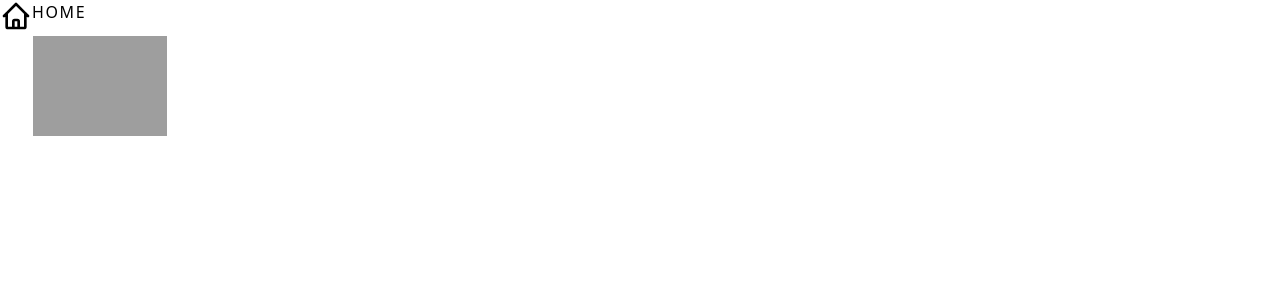
Repository: jafredk/hulu-2
Page: /
An editor plug-in stored every save of this project. The page is shown before and after the next save, followed by the edit.
The browser window is 1280 px wide. The pictures show the whole page.
Pictures or frames that could not be fetched are drawn as grey boxes. The project was rebuilt for these pictures with package versions that can differ from the ones it lists, and the page was loaded fresh each time. The framework's server and built-in components were replaced by stand-ins that run in the browser. Also part of the build but not shown: next.config.js.

Above is the page before, as saved 2021-11-01 13:29:16.

After the next save:
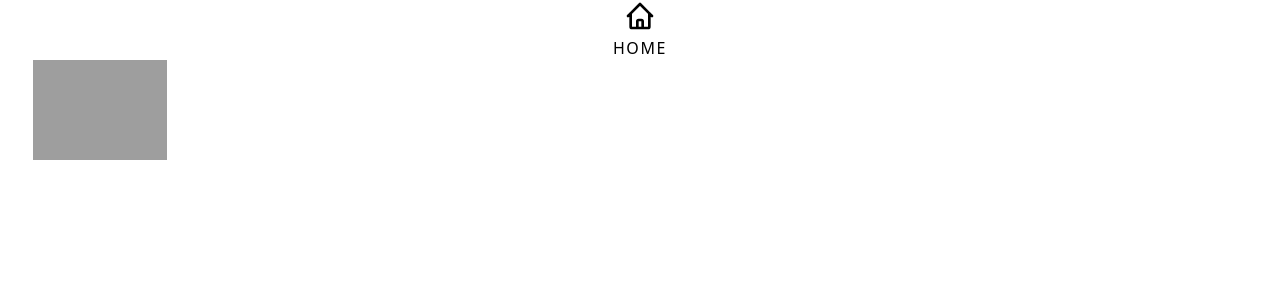
Saved 107 s later.
--- a/components/HeaderItem.js
+++ b/components/HeaderItem.js
@@ -1,6 +1,6 @@
 function HeaderItem({ Icon, title }) {
     return (
-        <div className=" flex group">
+        <div className=" flex flex-col items-center group ">
             <Icon className="h-8 mb-1 " />
             <p className=" opacity-100 group-hover:opacity-100  tracking-widest">{title}</p>
         </div>
